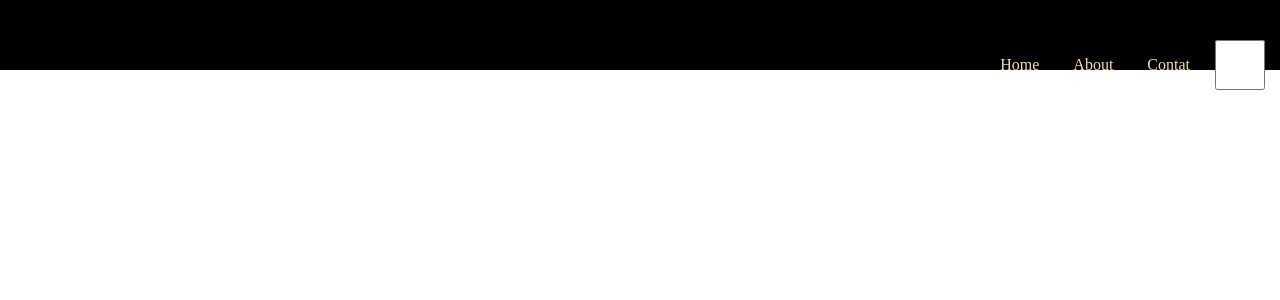
Repository: imokha01/toggleNavBar
Page: index.html
The author's editor kept a copy of each file at every save. The page is drawn from the files as they stood at one save, then again after the next save.
The browser window is 1280 px wide. The pictures show the whole page.

Above is the page before, as saved 2023-12-26 22:24:31.

### index.html
<!DOCTYPE html>
<html lang="en">
<head>
    <meta charset="UTF-8">
    <meta name="viewport" content="width=device-width, initial-scale=1.0">
    <title>Toggle Nav Bar</title>
    <link rel="stylesheet" href="style.css">
</head>
<body>
    <header class="header">
        <div class="header__content">
            <nav class="header__content__navbar">
                <li class="header__content__navbar__list">
                    <a href="#" class="header__content__navbar__link">Home</a>
                </li>
                <li class="header__content__navbar__list">
                    <a href="#" class="header__content__navbar__link">About</a>
                </li>
                <li class="header__content__navbar__list">
                    <a href="#" class="header__content__navbar__link">Contat</a>
                </li>
            </nav>
            <input type="checkbox" class="checkbox toggle-triger">
        </div>

    </header>
</body>
</html>

### style.css
*{
    margin: 0;
    padding: 0;
    box-sizing: border-box;
}

.header {
    height: 20px;
    background: #000;
    height: 70px;

}


.header__content__navbar__list {
    display: inline-block;
    list-style-type: none;
}

.header__content__navbar__link{
    color: wheat;
    text-decoration: none;
    padding: 15px;
}

.header__content {
    display: flex;
    justify-content: end;
    align-items: center;
    padding: 15px;
    gap: 10px;
}

.checkbox {
    width: 50px;
    height:100px;
    border-radius: 100px;
    /* appearance: none; */


}

After the next save:
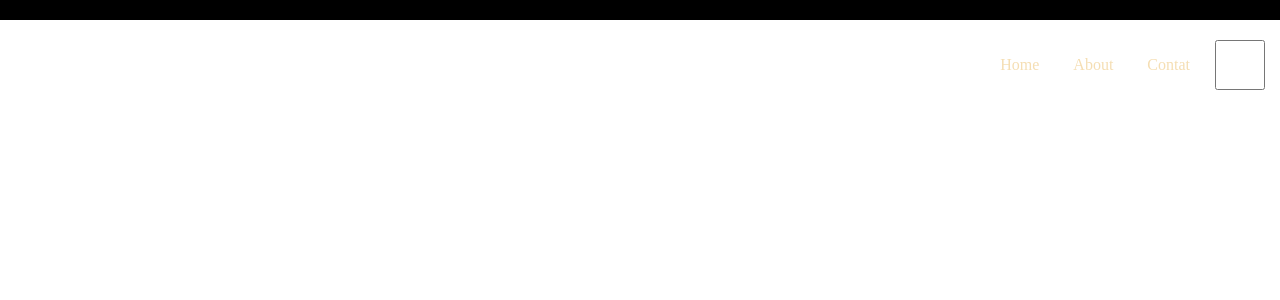
Saved 15 s later.
--- a/style.css
+++ b/style.css
@@ -7,7 +7,7 @@
 .header {
     height: 20px;
     background: #000;
-    height: 70px;
+    /* height: 70px; */
 
 }
 
